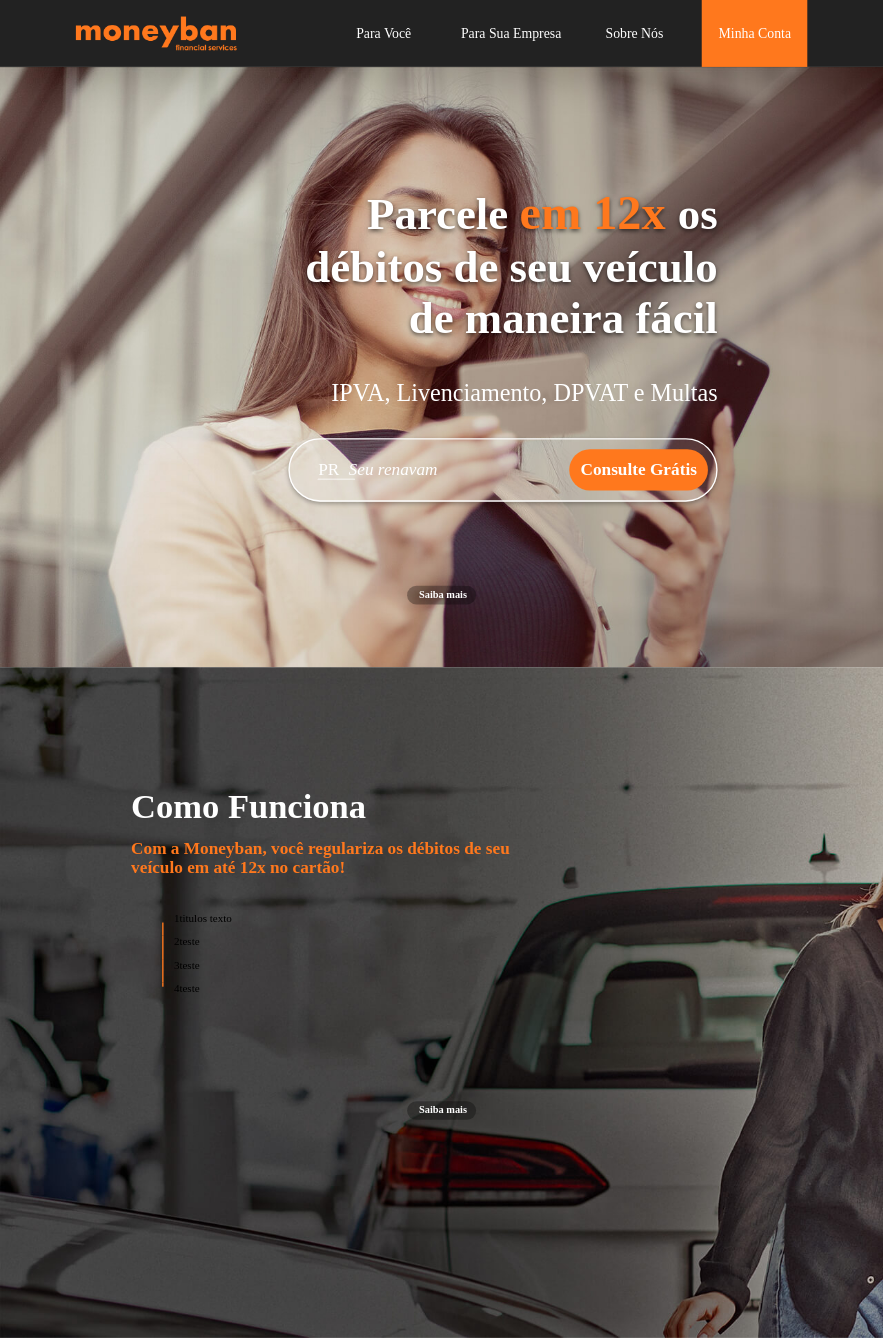
Repository: IvanCardoso91/moneyban
Page: index.html
The author's editor kept a copy of each file at every save. The page is drawn from the files as they stood at one save, then again after the next save.
The browser window is 1280 px wide. The pictures show the whole page, at 69% of full size.
Some icons come from a web library that is not loaded, so they are not drawn. Some web fonts or font styles are not loaded; a fallback is used.

Above is the page before, as saved 2020-12-19 17:25:39.

After the next save:
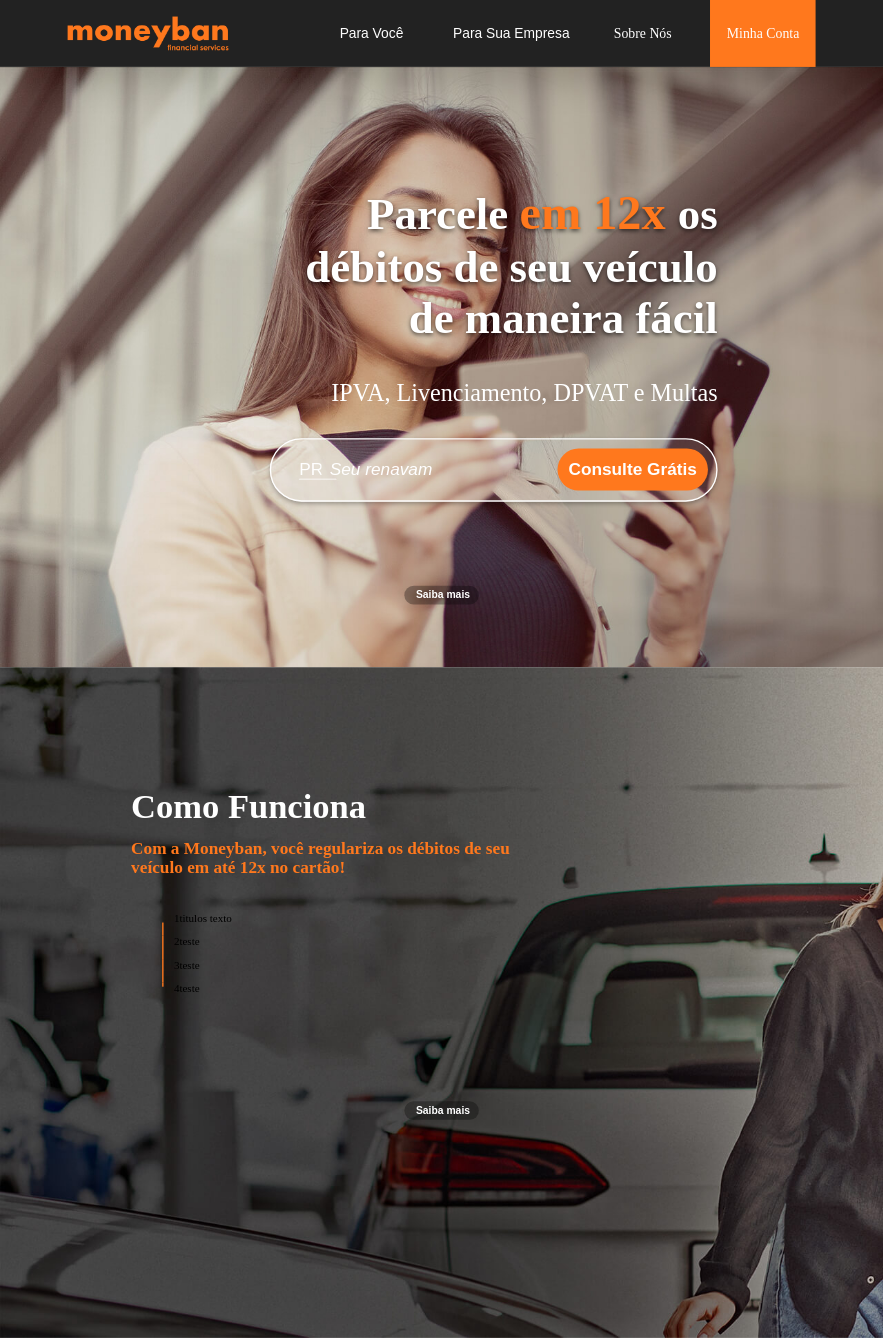
Saved 8 min 52 s later.
--- a/style/main-style.css
+++ b/style/main-style.css
@@ -3,8 +3,13 @@
     src: url('/Repositorios/site-moneyban/assets/fonts/Century_Gothic.ttf')
 }
 
+head {
+    font-family: 'Century Gothic';
+}
+
 body {
     margin: 0px;
+    font-family: 'Century Gothic';
 }
 
 a {
@@ -30,13 +35,11 @@ a {
 
 .title-text {
     color: #FF781D;
-    font-family: 'Century Gothic';
     font-weight: bold;
 }
 
 .subtitle-text {
     color: #FF781D;
-    font-family: 'Century Gothic';
 }
 
 .menu-options {
@@ -48,7 +51,6 @@ a {
 .menu-options-text {
     color: #FFFFFF;
     font-size: 20px;
-    font-family: 'Century Gothic';
     margin-left: 56px;
     background-color: #0000;
     border-color: #0000;
@@ -63,7 +65,6 @@ a {
     background-color: #FF781D;
     color: #FFFFFF;
     font-size: 20px;
-    font-family: 'Century Gothic';
     margin-left: 56px;
     height: 100%;
     display: flex;
@@ -90,7 +91,6 @@ a {
 .dropdown-content {
     display: none;
     font-size: 14px;
-    font-family: 'Century Gothic';
     background-color: #222222B3;
     cursor: pointer;
     opacity: 1;
@@ -173,7 +173,6 @@ a {
 
 .right-side-text {
     font-size: 65px;
-    font-family: 'Century Gothic';
     font-weight: bold;
     color: #FFFFFF;
     text-shadow: 0px 3px 6px #00000099;
@@ -181,7 +180,6 @@ a {
 
 .right-side-text2 {
     font-size: 35px;
-    font-family: 'Century Gothic';
     font-weight: normal;
     color: #FFFFFF;
 }
@@ -194,7 +192,6 @@ a {
 
 .know-more-box {
     font-size: 15px;
-    font-family: 'Century Gothic';
     font-weight: bold;
     color: #FFFFFF;
     background: #0000004D 0% 0% no-repeat padding-box;
@@ -217,7 +214,6 @@ select {
     background-color: #0000;
     outline: none;
     color: #fff;
-    font-family: 'Century Gothic';
     font-size: 25px;
     border-color: #0000;
     padding-right: 21px;
@@ -238,14 +234,12 @@ select::-ms-expand {
     border-color: transparent;
     padding: 10px 0px 4px 4px;
     color: #FFFFFF;
-    font-family: 'Century Gothic';
     font-size: 25px;
     outline: 0;
 }
 
 #renavam::placeholder {
     color: #FFFFFF;
-    font-family: 'Century Gothic';
     font-size: 25px;
     font-style: italic;
 }
@@ -258,7 +252,6 @@ select::-ms-expand {
     padding: 16px;
     border-color: #0000;
     color: #fff;
-    font-family: 'Century Gothic';
     font-size: 25px;
     font-weight: bold;
     cursor: pointer;
@@ -287,14 +280,12 @@ select::-ms-expand {
 
 .left-side-text {
     color: #FFFFFF;
-    font-family: 'Century Gothic';
     font-size: 50px;
     font-weight: bold;
 }
 
 .work-moneyban-text {
     color: #FF781D;
-    font-family: 'Century Gothic';
     font-size: 25px;
     font-weight: bold;
 }
